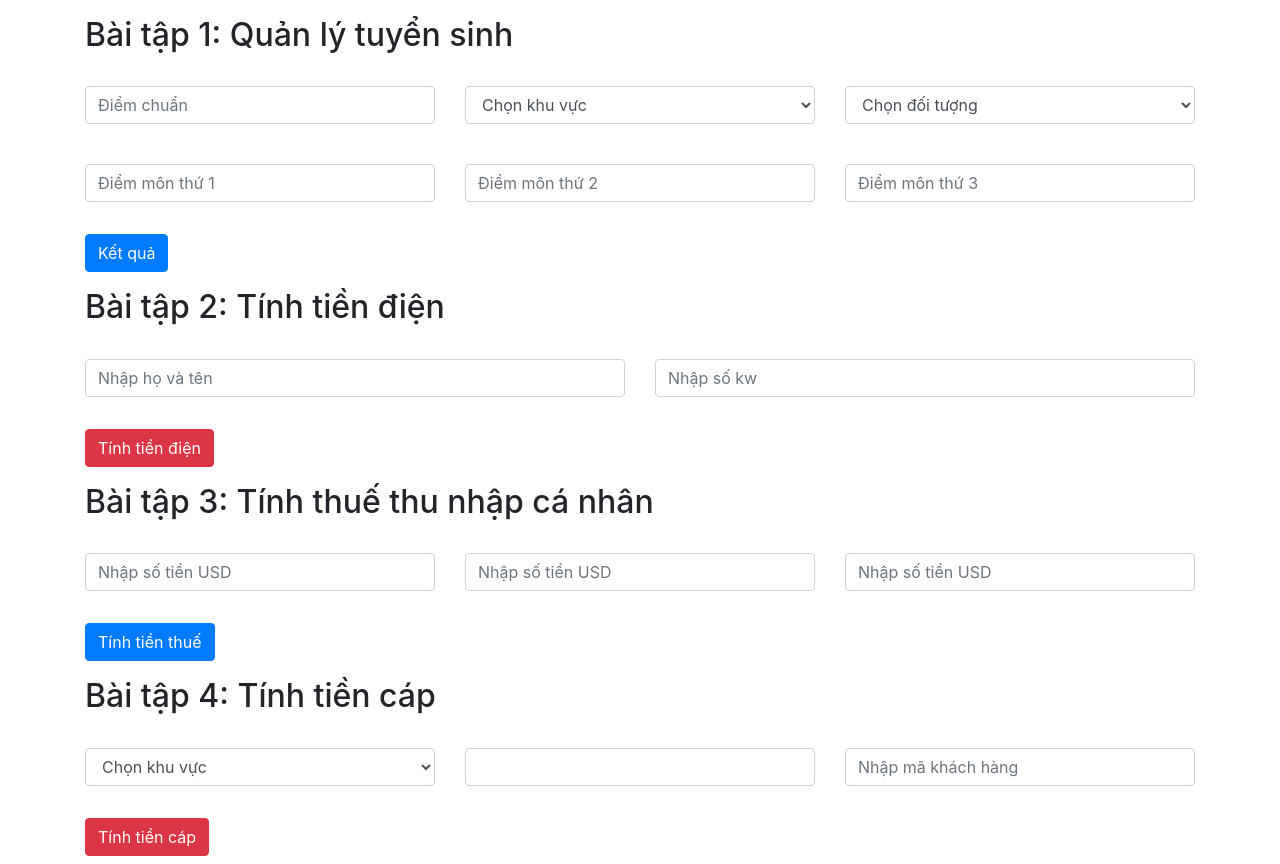
Repository: thanhfrankie/BC10-LeMinhThanh-Js-b5
Page: index.html
These files come from the project's save history. The page is drawn as it stood at one moment and after the next save; the edit follows.
The browser window is 1280 px wide. The pictures show the whole page.

Above is the page before, as saved 2023-12-24 01:16:16.

### index.html
<!DOCTYPE html>
<html lang="en">
  <head>
    <title>Title</title>
    <!-- Required meta tags -->
    <meta charset="utf-8" />
    <meta
      name="viewport"
      content="width=device-width, initial-scale=1, shrink-to-fit=no"
    />

    <!-- Bootstrap CSS -->
    <link
      rel="stylesheet"
      href="https://stackpath.bootstrapcdn.com/bootstrap/4.3.1/css/bootstrap.min.css"
      integrity="sha384-ggOyR0iXCbMQv3Xipma34MD+dH/1fQ784/j6cY/iJTQUOhcWr7x9JvoRxT2MZw1T"
      crossorigin="anonymous"
    />
  </head>
  <body>
    <!-- Bài tập 1 -->
    <div class="container">
      <h2 class="mt-3">Bài tập 1: Quản lý tuyển sinh</h2>
      <div class="row">
        <div class="col-sm-4">
          <div class="form-group">
            <label for="diem-chuan"></label>
            <input
              type="number"
              class="form-control"
              name=""
              id="diem-chuan"
              aria-describedby="helpId"
              placeholder="Điểm chuẩn"
              required
            />
          </div>
        </div>
        <div class="col-sm-4">
          <div class="form-group">
            <label for="khu-vuc"></label>
            <select class="form-control" id="khu-vuc">
              <option selected>Chọn khu vực</option>
              <option>A</option>
              <option>B</option>
              <option>C</option>
            </select>
          </div>
        </div>
        <div class="col-sm-4">
          <div class="form-group">
            <label for="doi-tuong"></label>
            <select class="form-control" id="doi-tuong">
              <option selected>Chọn đối tượng</option>
              <option>1</option>
              <option>2</option>
              <option>3</option>
            </select>
          </div>
        </div>
      </div>
      <div class="row">
        <div class="col-sm-4">
          <div class="form-group">
            <label for="diem-mon-thu-1"></label>
            <input
              type="number"
              class="form-control"
              name=""
              id="diem-mon-thu-1"
              aria-describedby="helpId"
              placeholder="Điểm môn thứ 1"
              required
            />
          </div>
        </div>
        <div class="col-sm-4">
          <div class="form-group">
            <label for="diem-mon-thu-2"></label>
            <input
              type="number"
              class="form-control"
              name=""
              id="diem-mon-thu-2"
              aria-describedby="helpId"
              placeholder="Điểm môn thứ 2"
              required
            />
          </div>
        </div>
        <div class="col-sm-4">
          <div class="form-group">
            <label for="diem-mon-thu-3"></label>
            <input
              type="number"
              class="form-control"
              name=""
              id="diem-mon-thu-3"
              aria-describedby="helpId"
              placeholder="Điểm môn thứ 3"
              required
            />
          </div>
        </div>
      </div>
      <button
        type="button"
        onclick="tuyenSinh()"
        class="btn btn-primary mt-3"
        id="ket-qua-tuyen-sinh"
      >
        Kết quả
      </button>
      <h3 id="ket-qua-cuoi-cung" class="text-success"></h3>
    </div>
    <!-- Bài tập 2 -->
    <div class="container">
      <h2 class="mt-3">Bài tập 2: Tính tiền điện</h2>
      <div class="row">
        <div class="col-sm-6">
          <div class="form-group">
            <label for="ho-ten"></label>
            <input
              type="text"
              class="form-control"
              name=""
              id="ho-ten"
              aria-describedby="helpId"
              placeholder="Nhập họ và tên"
              required
            />
          </div>
        </div>
        <div class="col-sm-6">
          <div class="form-group">
            <label for="so-kw"></label>
            <input
              type="number"
              class="form-control"
              name=""
              id="so-kw"
              aria-describedby="helpId"
              placeholder="Nhập số kw"
              required
            />
          </div>
        </div>
      </div>
      <button type="button" onclick="tinhTienDien()" class="btn btn-danger mt-3">
        Tính tiền điện
      </button>

      <h3 id="thong-tin-hoa-don" class="text-success"></h3>
    </div>
    <!-- Bài tập 3-->
    <div class="container">
      <h2 class="mt-3">Bài tập 3: Tính thuế thu nhập cá nhân</h2>
      <div class="row">
        <div class="col-sm-4">
          <div class="form-group">
            <label for="so-luong-USD"></label>
            <input
              type="text"
              class="form-control"
              name=""
              id="so-luong-USD"
              aria-describedby="helpId"
              placeholder="Nhập số tiền USD"
              required
            />
          </div>
        </div>
        <div class="col-sm-4">
          <div class="form-group">
            <label for="so-luong-USD"></label>
            <input
              type="number"
              class="form-control"
              name=""
              id="so-luong-USD"
              aria-describedby="helpId"
              placeholder="Nhập số tiền USD"
              required
            />
          </div>
        </div>
        <div class="col-sm-4">
          <div class="form-group">
            <label for="so-luong-USD"></label>
            <input
              type="number"
              class="form-control"
              name=""
              id="so-luong-USD"
              aria-describedby="helpId"
              placeholder="Nhập số tiền USD"
              required
            />
          </div>
        </div>
      </div>
      <button type="button" onclick="quyDoiTien()" class="btn btn-primary mt-3">
        Tính tiền thuế
      </button>
      <h3 id="so-luong-VND" class="text-success"></h3>
    </div>
    <!-- Bài tập 4-->
    <div class="container">
      <h2 class="mt-3">Bài tập 4: Tính tiền cáp</h2>
      <div class="row">
        <div class="col-sm-4">
          <div class="form-group">
            <label for=""></label>
            <select class="form-control" id="">
              <option selected>Chọn khu vực</option>
              <option>Nhà Dân</option>
              <option>Doanh Nghiệp</option>
            </select>
          </div>
        </div>
        <div class="col-sm-4">
          <div class="form-group">
            <label for="khu-vuc"></label>
            <input
              type="text"
              class="form-control"
              name=""
              id="khu-vuc"
              aria-describedby="helpId"
              required
            />
          </div>
        </div>
        <div class="col-sm-4">
          <div class="form-group">
            <label for="ma-khach-hang"></label>
            <input
              type="number"
              class="form-control"
              name=""
              id="ma-khach-hang"
              aria-describedby="helpId"
              placeholder="Nhập mã khách hàng"
              required
            />
          </div>
        </div>
      </div>
      <button type="button" onclick="quyDoiTien()" class="btn btn-danger mt-3">
        Tính tiền cáp
      </button>

      <h3 id="so-luong-VND" class="text-success"></h3>
    </div>

    <!-- Optional JavaScript -->
    <!-- jQuery first, then Popper.js, then Bootstrap JS -->
    <script
      src="https://code.jquery.com/jquery-3.3.1.slim.min.js"
      integrity="sha384-q8i/X+965DzO0rT7abK41JStQIAqVgRVzpbzo5smXKp4YfRvH+8abtTE1Pi6jizo"
      crossorigin="anonymous"
    ></script>
    <script
      src="https://cdnjs.cloudflare.com/ajax/libs/popper.js/1.14.7/umd/popper.min.js"
      integrity="sha384-UO2eT0CpHqdSJQ6hJty5KVphtPhzWj9WO1clHTMGa3JDZwrnQq4sF86dIHNDz0W1"
      crossorigin="anonymous"
    ></script>
    <script
      src="https://stackpath.bootstrapcdn.com/bootstrap/4.3.1/js/bootstrap.min.js"
      integrity="sha384-JjSmVgyd0p3pXB1rRibZUAYoIIy6OrQ6VrjIEaFf/nJGzIxFDsf4x0xIM+B07jRM"
      crossorigin="anonymous"
    ></script>
    <script src="./index.js"></script>
  </body>
</html>

### index.js
// Bài tập 1
/**
 * B1: tạo biến, lấy giá trị từ input
 * B2: Xét các trường hợp
 * + nếu có môn điểm 0 => rớt
 * + chọn điểm chuẩn: ví dụ: 25
 * + tính điểm ưu tiên
 * + tính điểm tổng kết = tổng 3 môn thi + điểm ưu tiên
 * + so sánh điểm tổng kết và điểm chuẩn để kết luận đậu hay rớt
 * + gán sự kiện cho button
 * B3: hiển thị kết quả
 */
function tuyenSinh() {
  var diemChuan = document.getElementById("diem-chuan").value * 1;
  var diemMon1 = document.getElementById("diem-mon-thu-1").value * 1;
  var diemMon2 = document.getElementById("diem-mon-thu-2").value * 1;
  var diemMon3 = document.getElementById("diem-mon-thu-3").value * 1;
  var tongDiem3Mon = diemMon1 + diemMon2 + diemMon3;
  var khuVucA = 2;
  var khuVucB = 1;
  var khuVucC = 0.5;
  var doiTuong1 = 2.5;
  var doiTuong2 = 1.5;
  var doiTuong3 = 1;
  var isKhuVucUuTien = true;
  var isDoiTuongUuTien = true;
  var diemKhuVuc = document.getElementById("khu-vuc").value;
  var diemDoiTuong = document.getElementById("doi-tuong").value * 1;
  var diemUuTien;
  var diemTongKet;
  var ketQua = document.getElementById("ket-qua-cuoi-cung");

  if (diemMon1 || diemMon2 || diemMon3 == 0) {
    ketQua.innerText = `Kết quả: Rớt!!!`;
  }

  if (!isDoiTuongUuTien && !isKhuVucUuTien) {
    diemUuTien === 0;
    diemTongKet = tongDiem3Mon;
    if (diemTongKet < diemChuan) {
      ketQua.innerText = `Kết quả: ${diemTongKet} - Rớt!!!`;
    }
    ketQua.innerText = `Kết quả: ${diemTongKet} - Đậu `;
  }
  if (!isDoiTuongUuTien && isKhuVucUuTien) {
    if (diemKhuVuc == "A") {
      diemKhuVuc = khuVucA;
      diemUuTien = diemKhuVuc;
      diemTongKet = tongDiem3Mon + diemUuTien;
      if (diemTongKet < diemChuan) {
        ketQua.innerText = `Kết quả: ${diemTongKet} - Rớt!!!`;
      }
      ketQua.innerText = `Kết quả: ${diemTongKet} - Đậu `;
    }
    if (diemKhuVuc == "B") {
      diemKhuVuc = khuVucB;
      diemUuTien = diemKhuVuc;
      diemTongKet = tongDiem3Mon + diemUuTien;
      if (diemTongKet < diemChuan) {
        ketQua.innerText = `Kết quả: ${diemTongKet} - Rớt!!!`;
      }
      ketQua.innerText = `Kết quả: ${diemTongKet} - Đậu `;
    }
    if (diemKhuVuc == "C") {
      diemKhuVuc = khuVucC;
      diemUuTien = diemKhuVuc;
      diemTongKet = tongDiem3Mon + diemUuTien;
      if (diemTongKet < diemChuan) {
        ketQua.innerText = `Kết quả: ${diemTongKet} - Rớt!!!`;
      }
      ketQua.innerText = `Kết quả: ${diemTongKet} - Đậu `;
    }
  }
  if (isDoiTuongUuTien && !isKhuVucUuTien) {
    if (diemDoiTuong == "1") {
      diemDoiTuong = doiTuong1;
      diemUuTien = diemDoiTuong;
      diemTongKet = tongDiem3Mon + diemUuTien;
      if (diemTongKet < diemChuan) {
        ketQua.innerText = `Kết quả: ${diemTongKet} - Rớt!!!`;
      }
      ketQua.innerText = `Kết quả: ${diemTongKet} - Đậu `;
    }
    if (diemDoiTuong == "2") {
      diemDoiTuong = doiTuong2;
      diemUuTien = diemDoiTuong;
      diemTongKet = tongDiem3Mon + diemUuTien;
      if (diemTongKet < diemChuan) {
        ketQua.innerText = `Kết quả: ${diemTongKet} - Rớt!!!`;
      }
      ketQua.innerText = `Kết quả: ${diemTongKet} - Đậu `;
    }
    if (diemDoiTuong == "3") {
      diemDoiTuong = doiTuong3;
      diemUuTien = diemDoiTuong;
      diemTongKet = tongDiem3Mon + diemUuTien;
      if (diemTongKet < diemChuan) {
        ketQua.innerText = `Kết quả: ${diemTongKet} - Rớt!!!`;
      }
      ketQua.innerText = `Kết quả: ${diemTongKet} - Đậu `;
    }
  }
  if (isDoiTuongUuTien && isKhuVucUuTien) {
    if (diemDoiTuong == 1 && diemKhuVuc == "A") {
      diemUuTien = doiTuong1 + khuVucA;
      diemTongKet = tongDiem3Mon + diemUuTien;
      if (diemTongKet < diemChuan) {
        ketQua.innerText = `Kết quả: ${diemTongKet} - Rớt!!!`;
      }
      ketQua.innerText = `Kết quả: ${diemTongKet} - Đậu `;
    }
    if (diemDoiTuong == 1 && diemKhuVuc == "B") {
      diemUuTien = doiTuong1 + khuVucB;
      diemTongKet = tongDiem3Mon + diemUuTien;
      if (diemTongKet < diemChuan) {
        ketQua.innerText = `Kết quả: ${diemTongKet} - Rớt!!!`;
      }
      ketQua.innerText = `Kết quả: ${diemTongKet} - Đậu `;
    }
    if (diemDoiTuong == 1 && diemKhuVuc == "C") {
      diemUuTien = doiTuong1 + khuVucC;
      diemTongKet = tongDiem3Mon + diemUuTien;
      if (diemTongKet < diemChuan) {
        ketQua.innerText = `Kết quả: ${diemTongKet} - Rớt!!!`;
      }
      ketQua.innerText = `Kết quả: ${diemTongKet} - Đậu `;
    }
    if (diemDoiTuong == 2 && diemKhuVuc == "A") {
      diemUuTien = doiTuong2 + khuVucA;
      diemTongKet = tongDiem3Mon + diemUuTien;
      if (diemTongKet < diemChuan) {
        ketQua.innerText = `Kết quả: ${diemTongKet} - Rớt!!!`;
      }
      ketQua.innerText = `Kết quả: ${diemTongKet} - Đậu `;
    }
    if (diemDoiTuong == 2 && diemKhuVuc == "B") {
      diemUuTien = doiTuong2 + khuVucB;

      if (diemTongKet < diemChuan) {
        ketQua.innerText = `Kết quả: ${diemTongKet} - Rớt!!!`;
      }
      ketQua.innerText = `Kết quả: ${diemTongKet} - Đậu `;
    }
    if (diemDoiTuong == 2 && diemKhuVuc == "C") {
      diemUuTien = doiTuong2 + khuVucC;
      diemTongKet = tongDiem3Mon + diemUuTien;
      if (diemTongKet < diemChuan) {
        ketQua.innerText = `Kết quả: ${diemTongKet} - Rớt!!!`;
      }
      ketQua.innerText = `Kết quả: ${diemTongKet} - Đậu `;
    }
    if (diemDoiTuong == 3 && diemKhuVuc == "A") {
      diemUuTien = doiTuong2 + khuVucC;
      diemTongKet = tongDiem3Mon + diemUuTien;
      if (diemTongKet < diemChuan) {
        ketQua.innerText = `Kết quả: ${diemTongKet} - Rớt!!!`;
      }
      ketQua.innerText = `Kết quả: ${diemTongKet} - Đậu `;
    }
    if (diemDoiTuong == 3 && diemKhuVuc == "B") {
      diemUuTien = doiTuong2 + khuVucB;
      diemTongKet = tongDiem3Mon + diemUuTien;
      if (diemTongKet < diemChuan) {
        ketQua.innerText = `Kết quả: ${diemTongKet} - Rớt!!!`;
      }
      ketQua.innerText = `Kết quả: ${diemTongKet} - Đậu `;
    }
    if (diemDoiTuong == 3 && diemKhuVuc == "C") {
      diemUuTien = doiTuong3 + khuVucC;
      diemTongKet = tongDiem3Mon + diemUuTien;
      if (diemTongKet < diemChuan) {
        ketQua.innerText = `Kết quả: ${diemTongKet} - Rớt!!!`;
      }
      ketQua.innerText = `Kết quả: ${diemTongKet} - Đậu `;
    }
  }
}

// Bài tập 2
/**
 * B1: tạo biến, lấy giá trị từ input
 * B2: Tính tiền điện
 * + tạo biến để tính số tiền điện theo kw
 * + xét các trường hợp tiêu thụ điện và tính số tiền tương ứng
 * + gán sự kiện click cho button
 * B3: hiển thị kết quả
 */
function tinhTienDien() {
  var hoTen = document.getElementById("ho-ten").value;
  var soKw = document.getElementById("so-kw").value * 1;
  var ketQua = document.getElementById("thong-tin-hoa-don");
  var tienPhaiTra;
  if (soKw <= 50) {
      tienPhaiTra = soKw * 500;
      return ketQua.innerText = `Họ tên: ${hoTen}, Tiền điện: ${tienPhaiTra}`;
    }
  if (50 < soKw <= 100) {
    tienPhaiTra = 50*500 + (soKw-50) * 650;
     return ketQua.innerText = `Họ tên: ${hoTen}, Tiền điện: ${tienPhaiTra}`;
  }
  if (100 < soKw <= 200) {
    tienPhaiTra = 50*500 + 50*650 + (soKw -100) * 850;
   return ketQua.innerText = `Họ tên: ${hoTen}, Tiền điện: ${tienPhaiTra}`;
  }
  if (200 < soKw <= 350) {
    tienPhaiTra = 50*500 + 50*650 + 100*850 + (soKw-200) * 1100;
     return ketQua.innerText = `Họ tên: ${hoTen}, Tiền điện: ${tienPhaiTra}`;

  }
  if (soKw > 350) {
    tienPhaiTra = 50*500 + 50*650 + 100*850 + 150*1100+ (soKw-350) * 1300;
     return ketQua.innerText = `Họ tên: ${hoTen}, Tiền điện: ${tienPhaiTra}`;
}


}

// Bài tập 3
/**
 * B1: tạo biến, lấy giá trị từ input
 * B2: Tính thuế thu nhập cá nhân
 * + tạo biến để tính lương: lương 1 ngày * số ngày làm
 * + gán sự kiện click cho button
 * B3: hiển thị kết quả
 */


// Bài tập 4
/**
 * B1: tạo biến, lấy giá trị từ input
 * B2: Tính tiền cáp
 * + xét các trường hợp nhà dân, doanh nghiệp
 * + gán sự kiện click cho button
 * B3: hiển thị kết quả
 */

After the next save:
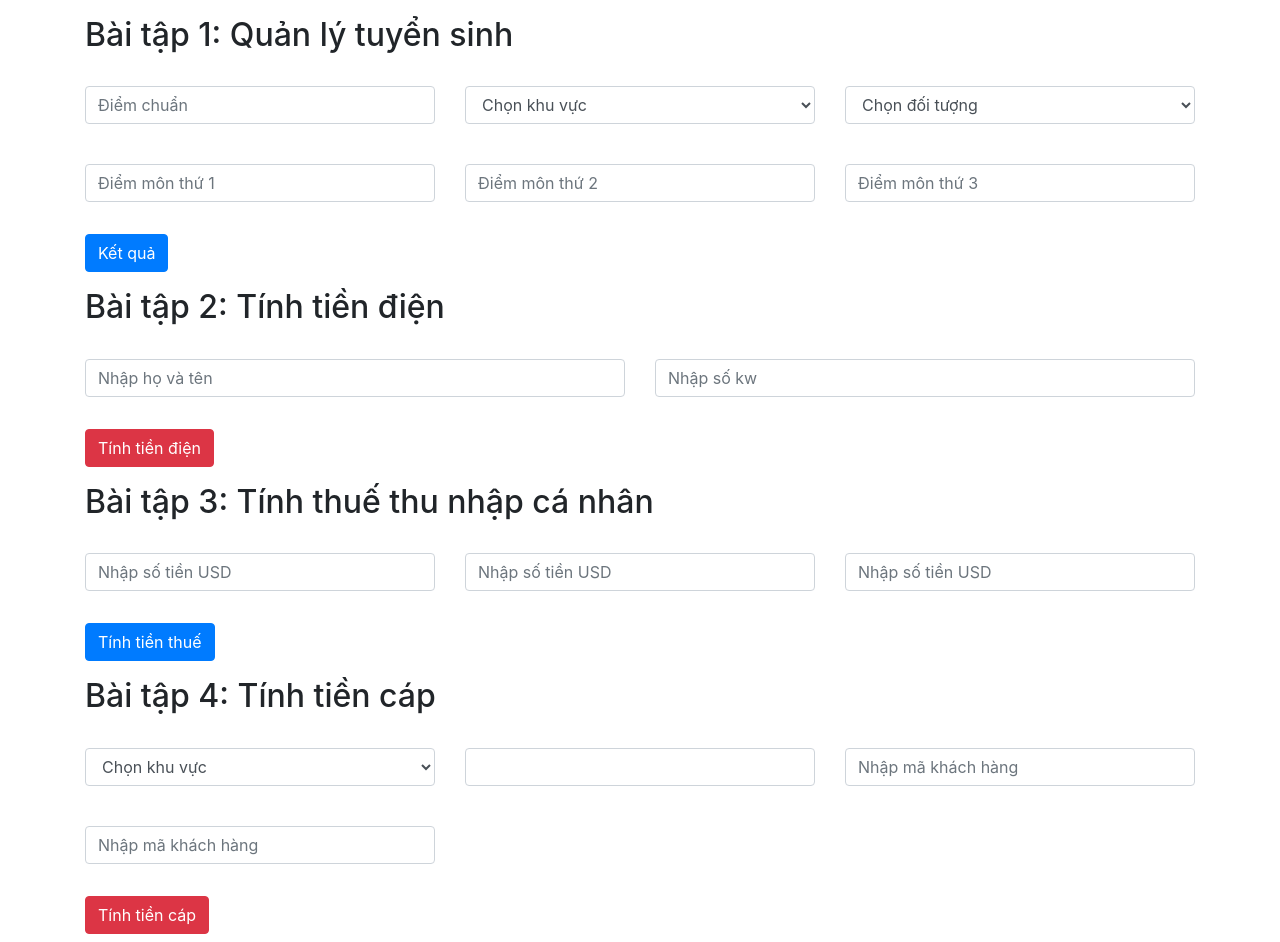
Saved 10 s later.
--- a/index.html
+++ b/index.html
@@ -245,6 +245,20 @@
             />
           </div>
         </div>
+        <div class="col-sm-4">
+          <div class="form-group">
+            <label for="ma-khach-hang"></label>
+            <input
+              type="number"
+              class="form-control"
+              name=""
+              id="ma-khach-hang"
+              aria-describedby="helpId"
+              placeholder="Nhập mã khách hàng"
+              required
+            />
+          </div>
+        </div>
       </div>
       <button type="button" onclick="quyDoiTien()" class="btn btn-danger mt-3">
         Tính tiền cáp
